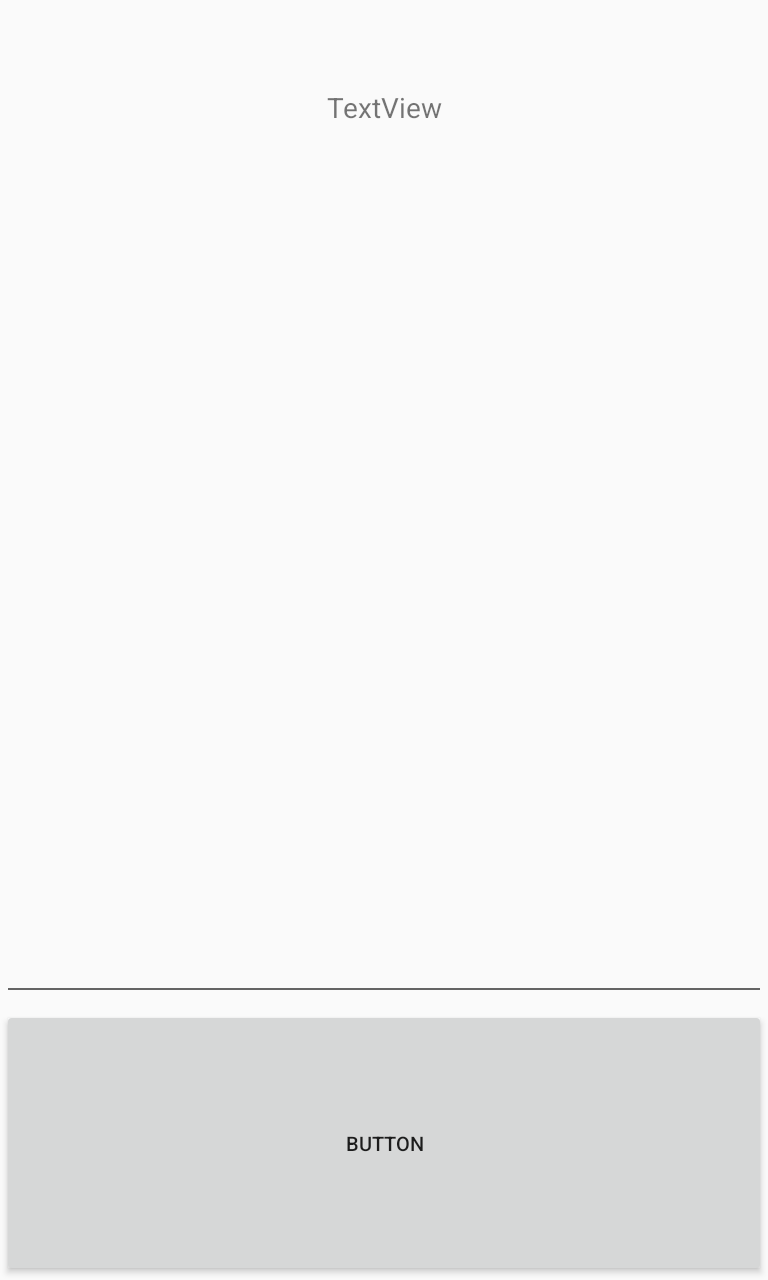
Repository: harsha20011992/Android-Projects
Layout: NotePadLatest/res/layout/fragmentnotes.xml
The author's editor kept a copy of each file at every save. The layout is drawn from the files as they stood at one save, then again after the next save.
It is drawn on a 768 x 1280 px phone screen (xhdpi) without system bars, with theme AppTheme; the app's code is not run.

Above is the layout before, as saved 2014-10-13 19:39:00.

After the next save:
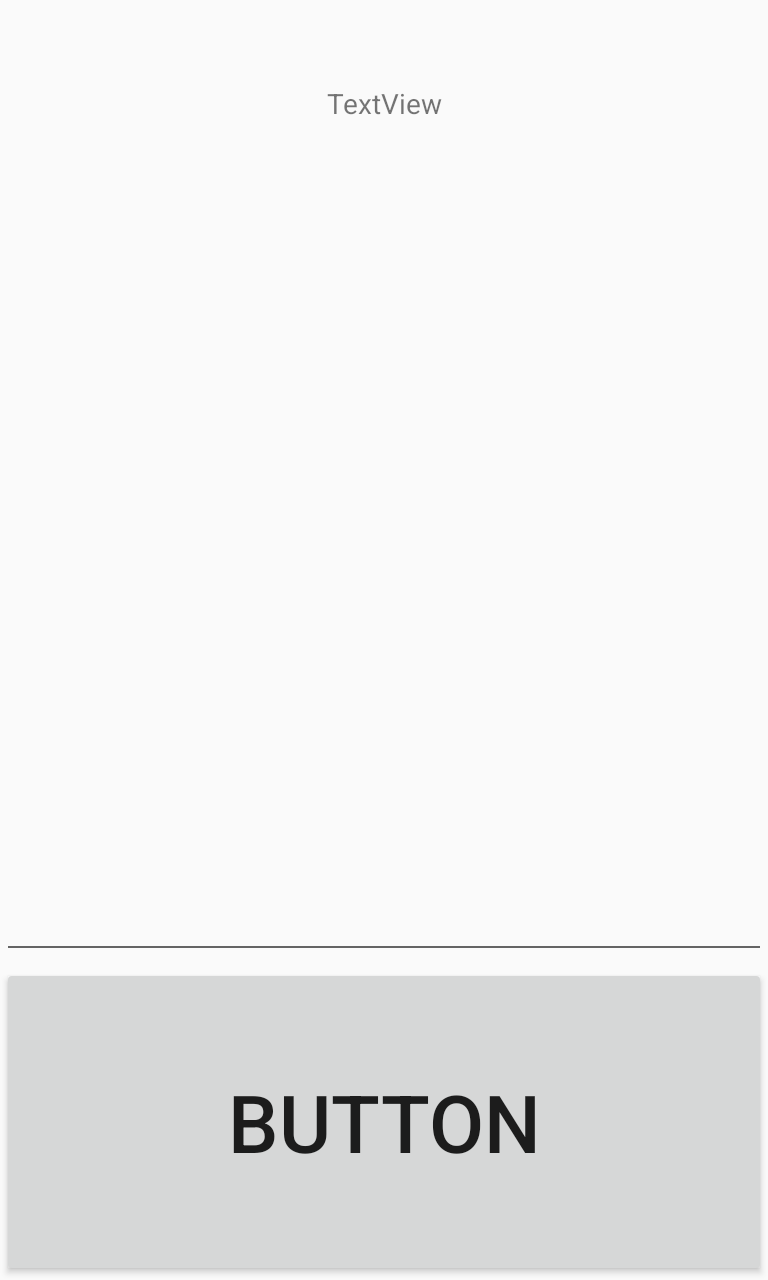
Saved 11 s later.
--- a/NotePadLatest/res/layout/fragmentnotes.xml
+++ b/NotePadLatest/res/layout/fragmentnotes.xml
@@ -27,7 +27,7 @@
         android:layout_height="wrap_content"
         android:text="Button"
         android:gravity="center"
-        android:textSize="10dp"
+        android:textSize="40dp"
         android:layout_weight="2" />
 
 </LinearLayout>
